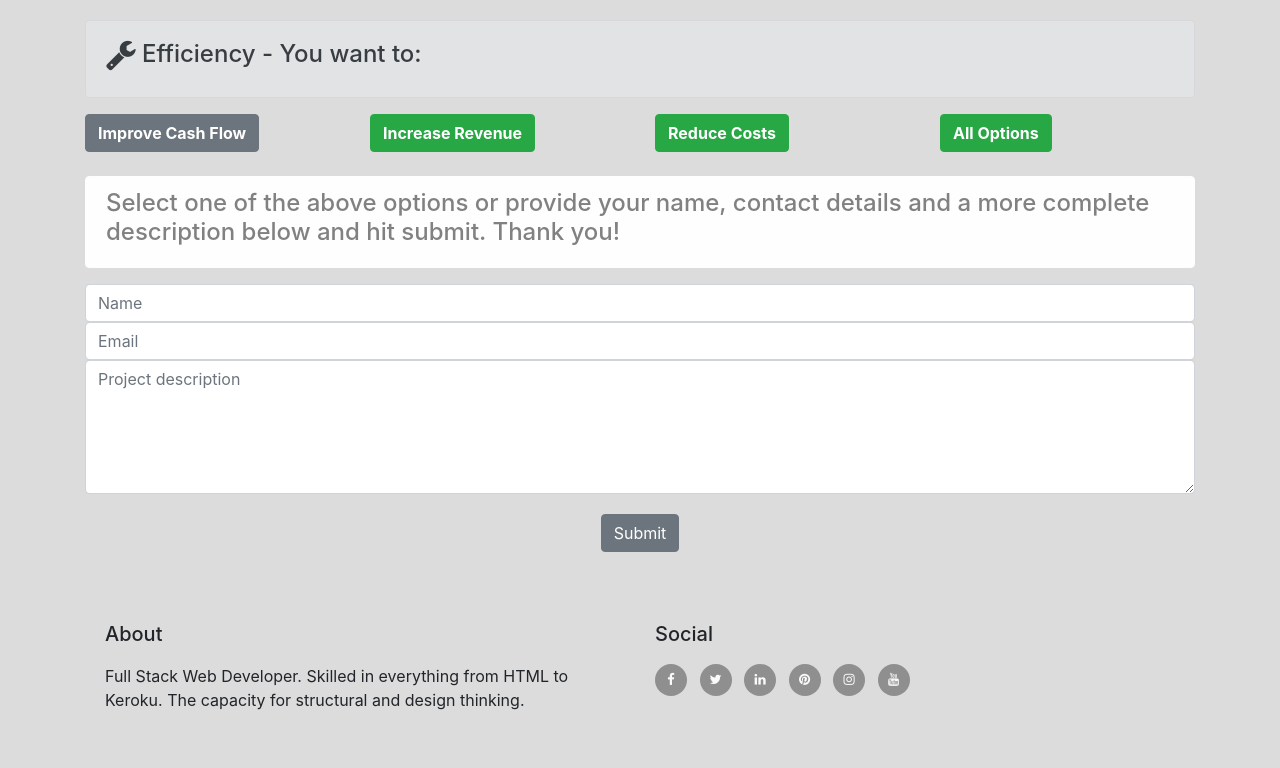
Repository: Code-Institute-Submissions/tenerim-milestone1
Page: Efficiency.html
The author's editor kept a record of every edit. The page is drawn from the files as they stood at one moment, then again after the next edit.
The browser window is 1280 px wide. The pictures show the whole page.

Above is the page before.

After the next edit:
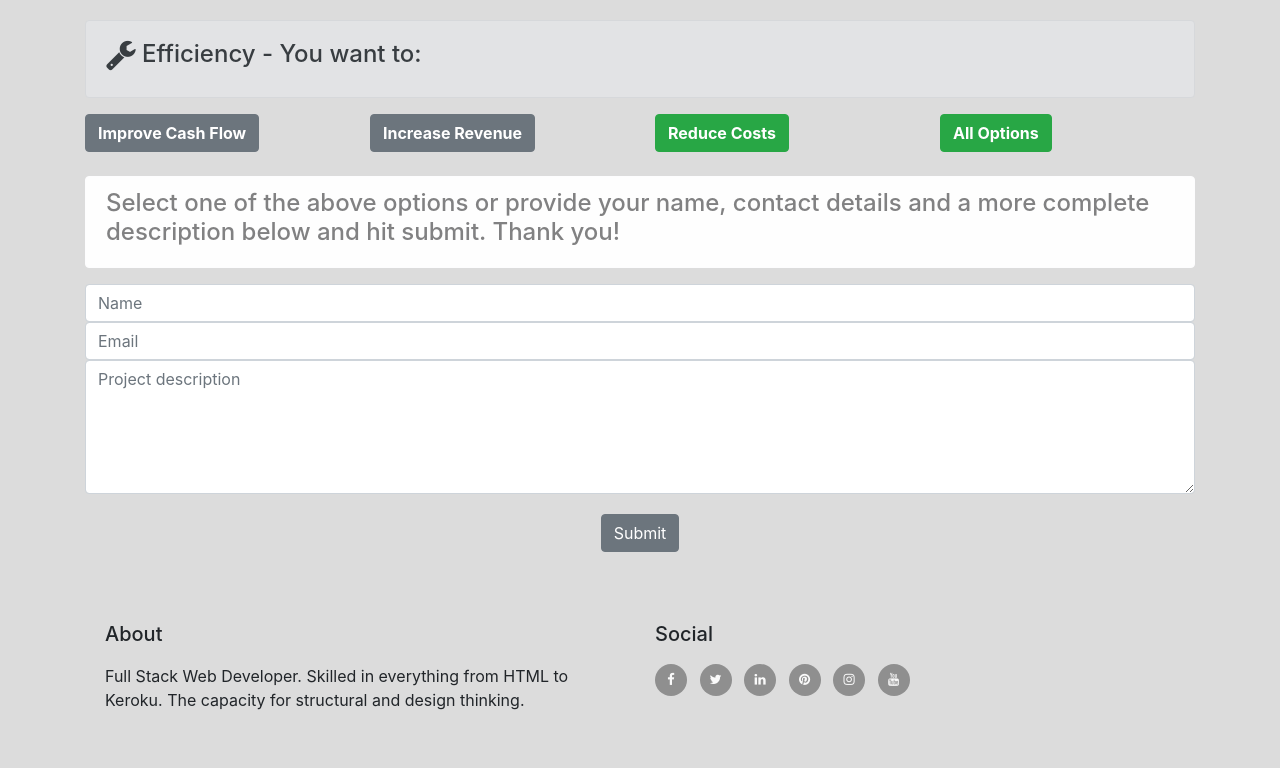
The edit:
--- a/Efficiency.html
+++ b/Efficiency.html
@@ -36,7 +36,7 @@
                     <button type="button" class="btn btn-secondary"><a href="#" class="alert-link">Improve Cash Flow</a></button> <br />
                 </div>
                 <div class="col-sm-3">
-                    <button type="button" class="btn btn-success"><a href="#" class="alert-link">Increase Revenue</a></button> <br />
+                    <button type="button" class="btn btn-secondary"><a href="#" class="alert-link">Increase Revenue</a></button> <br />
                 </div>
                 <div class="col-sm-3">
                     <button type="button" class="btn btn-success"><a href="#" class="alert-link">Reduce Costs</a></button> <br />
